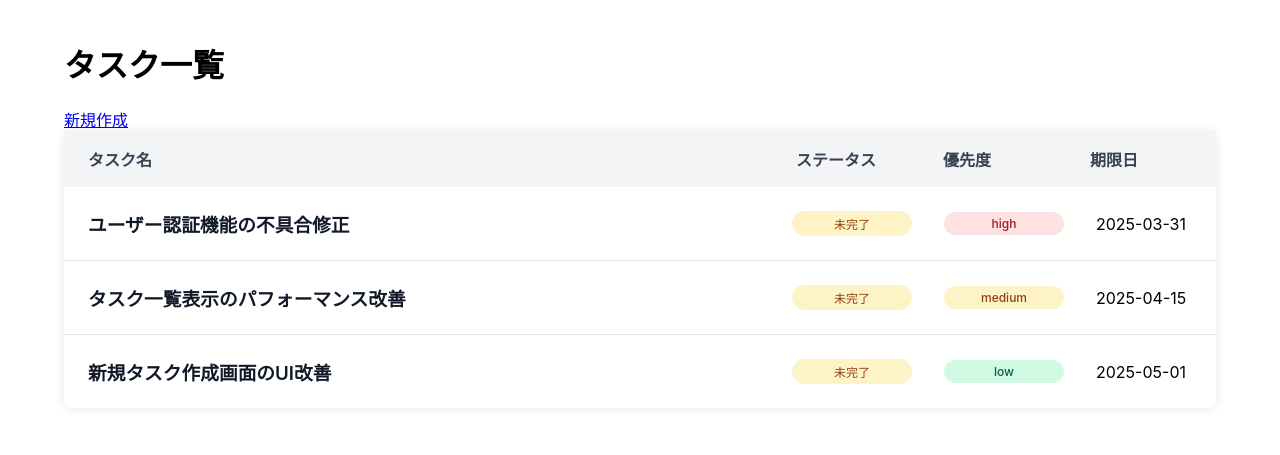
Repository: s1ros75/react-task-app
Page: /tasks
The author's editor kept a copy of each file at every save. The page is drawn from the files as they stood at one save, then again after the next save.
The browser window is 1280 px wide. The pictures show the whole page.
The project was rebuilt for these pictures with package versions that can differ from the ones it lists, and the page was loaded fresh each time. Also part of the build but not shown: vite.config.ts, src/styles/home.module.css, src/pages/home/index.tsx, src/features/tasks/hooks/getTaskById.ts, src/features/tasks/styles/taskDetail.module.css, src/features/tasks/components/TaskDetail.tsx, src/features/tasks/containers/TaskDetailContainer.tsx, src/pages/tasks/taskDetailPage.tsx and 5 more.

Above is the page before, as saved 2026-01-17 22:17:54.

After the next save:
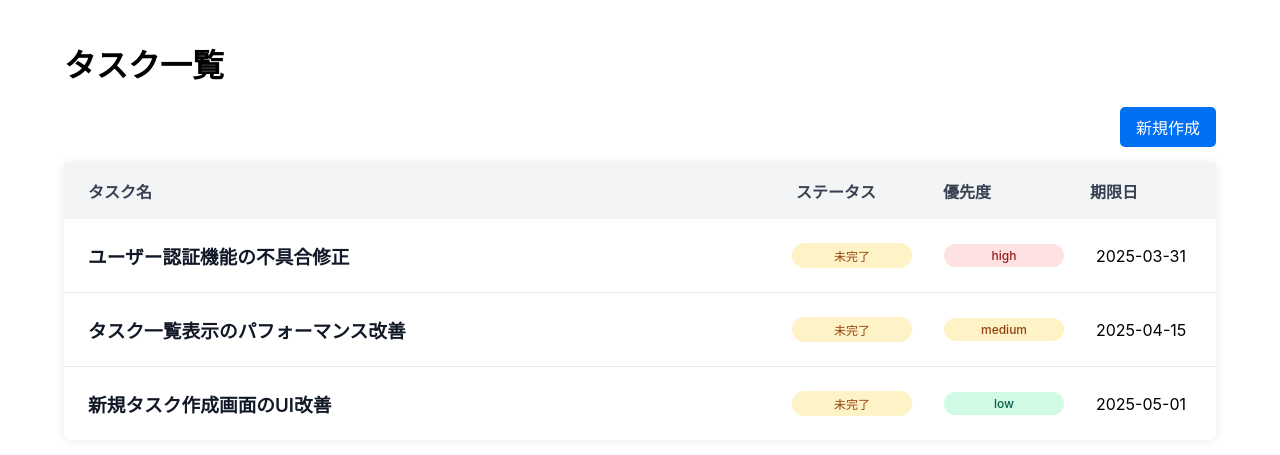
Saved 79 s later.
--- a/src/features/tasks/styles/TaskListContainer.module.css
+++ b/src/features/tasks/styles/TaskListContainer.module.css
@@ -30,3 +30,23 @@
 .taskList > *:not(:last-child) {
   border-bottom: 1px solid #e5e7eb;
 }
+
+.taskListHeader {
+  text-align: right;
+  margin-bottom: 1rem;
+}
+
+.newTaskLink {
+  display: inline-block;
+  background-color: #0070f3;
+  color: white;
+  padding: 0.5rem 1rem;
+  border-radius: 5px;
+  text-decoration: none;
+  font-size: 1rem;
+  transition: background-color 0.3s ease;
+}
+
+.newTaskLink:hover {
+  background-color: #0051bb;
+}
